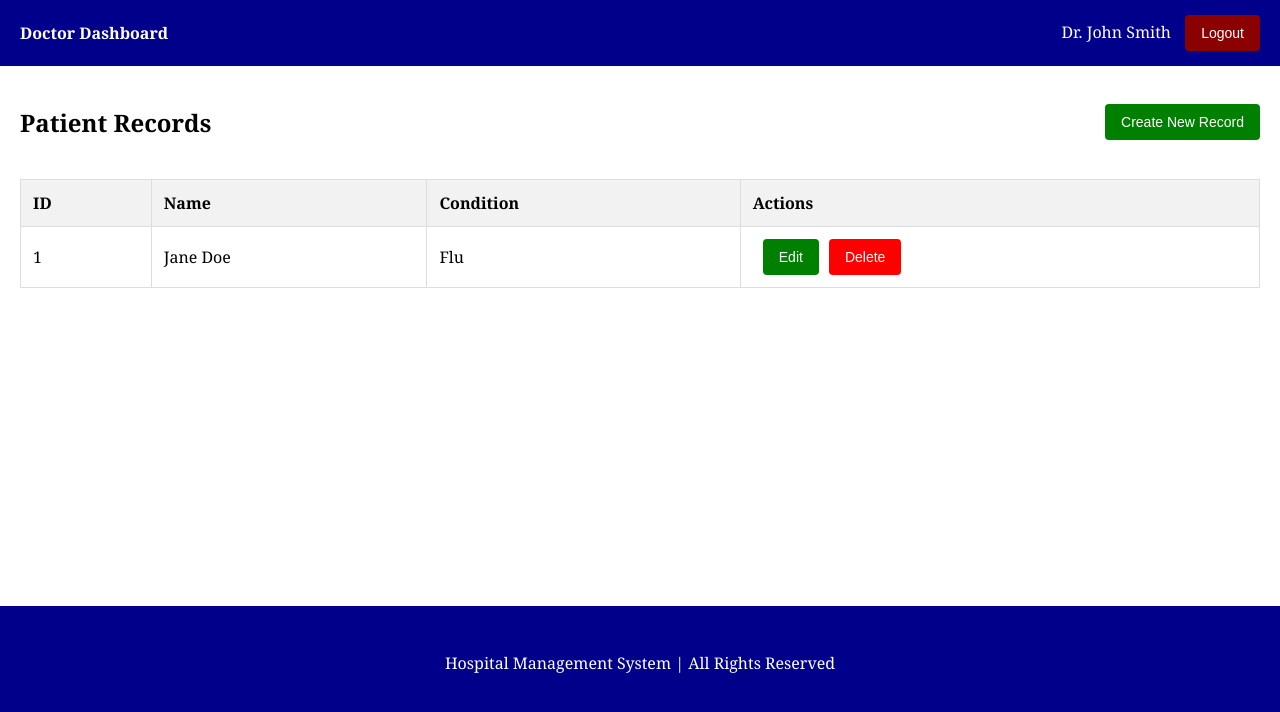
Repository: BinuriJ/HospitalSystem
Page: http://localhost/CyborgSys/DoctorDashboard.jsp
An editor plug-in stored every save of this project. The page is shown before and after the next save, followed by the edit.
The browser window is 1280 px wide. The pictures show the whole page.
The page is served by Tomcat 9.

Above is the page before, as saved 2025-05-09 17:43:44.

After the next save:
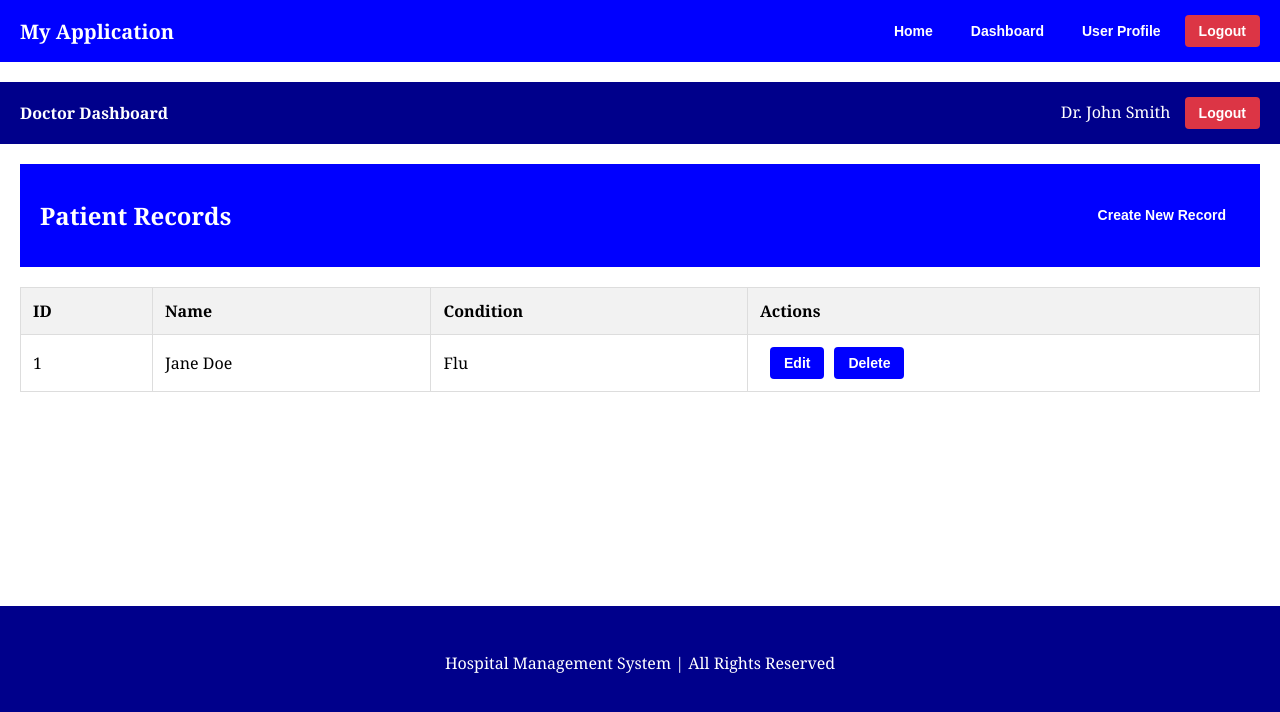
Saved 100 s later.
--- a/CyborgSys/WebContent/DoctorDashboard.jsp
+++ b/CyborgSys/WebContent/DoctorDashboard.jsp
@@ -10,6 +10,8 @@
     </style>
 </head>
 <body>
+
+<jsp:include page="header.jsp" />
 
 <div class="top-bar">
     <div><strong>Doctor Dashboard</strong></div>
